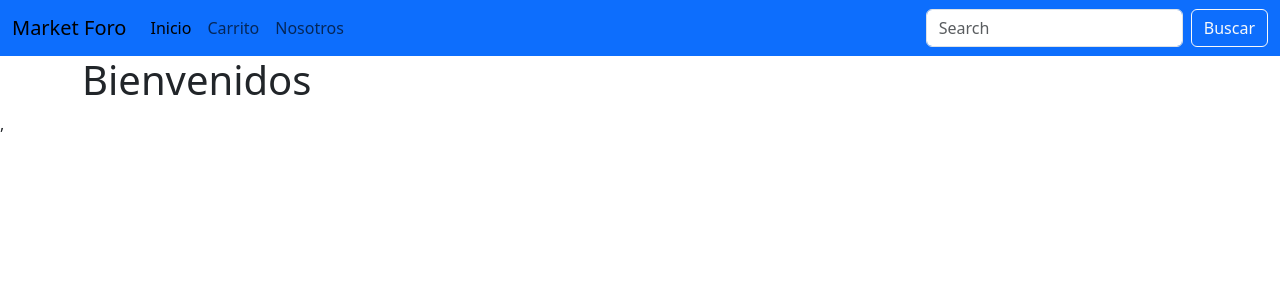
Repository: ikabeee/shopping-car
Page: /
The author's editor kept a copy of each file at every save. The page is drawn from the files as they stood at one save, then again after a run of saves.
The browser window is 1280 px wide. The pictures show the whole page.
The project was rebuilt for these pictures with package versions that can differ from the ones it lists, and the page was loaded fresh each time. Also part of the build but not shown: vite.config.ts, src/pages/Cart.tsx, src/pages/About.tsx.

Above is the page before, as saved 2024-10-18 14:32:28.

After the next 2 saves:
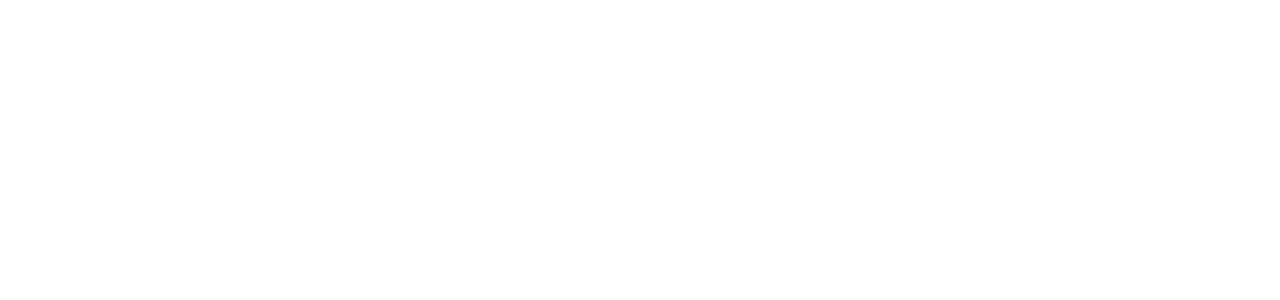
Console error: SyntaxError: Unexpected reserved word
The 2 saves are shown as one change because 1 did not build or start.
The last was saved 11 s later.
--- a/src/pages/Home.tsx
+++ b/src/pages/Home.tsx
@@ -1,6 +1,6 @@
 const Home = () =>{
     const getProducts=()=>{
-
+        const response= await
     }
     return(
         <>

After the 3 saves that followed:
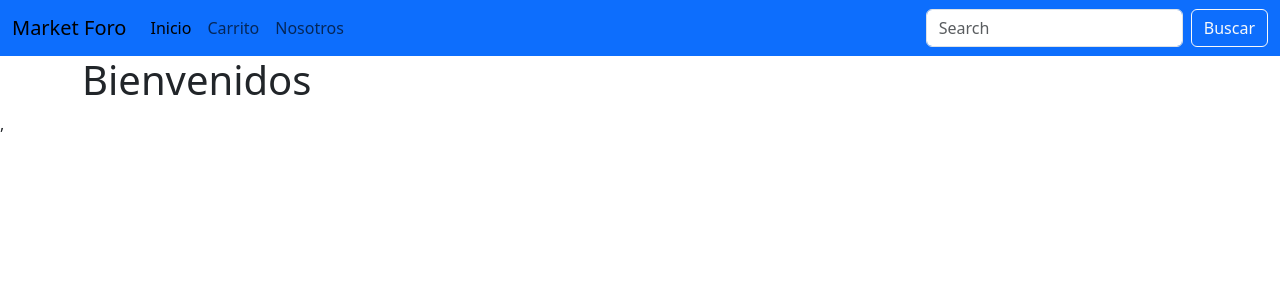
The error is gone.
The 3 saves are shown as one change because 1 did not build or start and some came seconds apart.
The last was saved 32 s later.
--- a/src/pages/Home.tsx
+++ b/src/pages/Home.tsx
@@ -1,6 +1,8 @@
 const Home = () =>{
-    const getProducts=()=>{
-        const response= await
+    const getProducts=async ()=>{
+        const response = await fetch('https://fakestoreapi.com/products/')
+
+        const result = await response.json()
     }
     return(
         <>
